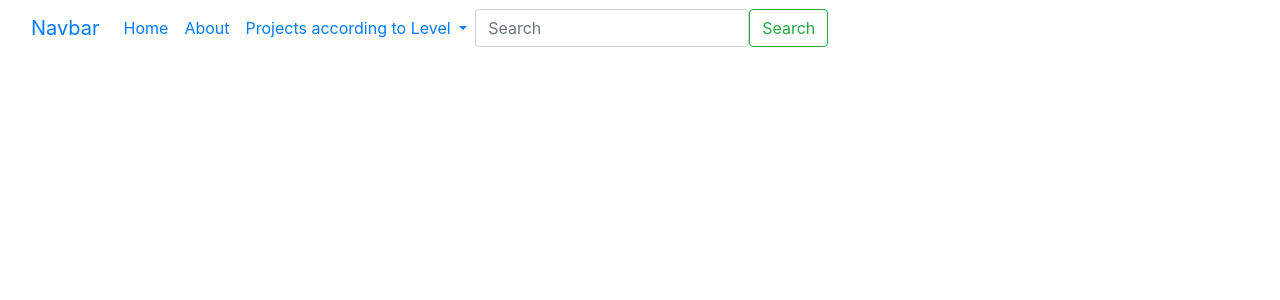
Repository: VictoriousMango/100-Python-Project
Page: index.html
These files come from the project's save history. The page is drawn as it stood at one moment and after the next save; the edit follows.
The browser window is 1280 px wide. The pictures show the whole page.
Some web libraries are served in a nearby version.

Above is the page before, as saved 2024-05-18 00:54:53.

### index.html
<!doctype html>
<html lang="en">
  <head>
    <!-- Required meta tags -->
    <meta charset="utf-8">
    <meta name="viewport" content="width=device-width, initial-scale=1, shrink-to-fit=no">

    <!-- Bootstrap CSS -->
    <link rel="stylesheet" href="https://cdn.jsdelivr.net/npm/bootstrap@4.0.0/dist/css/bootstrap.min.css" integrity="sha384-Gn5384xqQ1aoWXA+058RXPxPg6fy4IWvTNh0E263XmFcJlSAwiGgFAW/dAiS6JXm" crossorigin="anonymous">
    <!-- Bootstrap JS -->
    <script src="https://cdn.jsdelivr.net/npm/@popperjs/core@2.11.8/dist/umd/popper.min.js" integrity="sha384-I7E8VVD/ismYTF4hNIPjVp/Zjvgyol6VFvRkX/vR+Vc4jQkC+hVqc2pM8ODewa9r" crossorigin="anonymous"></script>
    <script src="https://cdn.jsdelivr.net/npm/bootstrap@5.3.3/dist/js/bootstrap.min.js" integrity="sha384-0pUGZvbkm6XF6gxjEnlmuGrJXVbNuzT9qBBavbLwCsOGabYfZo0T0to5eqruptLy" crossorigin="anonymous"></script>
    <title>100 Python Project</title>
  </head>
  <body>
    <nav class="navbar navbar-expand-lg bg-body-tertiary">
      <div class="container-fluid">
        <a class="navbar-brand" href="#">Navbar</a>
        <button class="navbar-toggler" type="button" data-bs-toggle="collapse" data-bs-target="#navbarSupportedContent" aria-controls="navbarSupportedContent" aria-expanded="false" aria-label="Toggle navigation">
          <span class="navbar-toggler-icon"></span>
        </button>
        <div class="collapse navbar-collapse" id="navbarSupportedContent">
          <ul class="navbar-nav me-auto mb-2 mb-lg-0">
            <li class="nav-item">
              <a class="nav-link active" aria-current="page" href="#">Home</a>
            </li>
            <li class="nav-item">
              <a class="nav-link" href="#">About</a>
            </li>
            <li class="nav-item dropdown">
              <a class="nav-link dropdown-toggle" href="#" role="button" data-bs-toggle="dropdown" aria-expanded="true ">
                Projects according to Level
              </a>
              <ul class="dropdown-menu">
                <li><a class="dropdown-item" href="#">Beginner</a></li>
                <li><a class="dropdown-item" href="#">Intermediate</a></li>
                <li><a class="dropdown-item" href="#">Advanced</a></li>
                <li><a class="dropdown-item" href="#">Professional</a></li>
              </ul>
            </li>
          </ul>
          <form class="d-flex" role="search">
            <input class="form-control me-2" type="search" placeholder="Search" aria-label="Search">
            <button class="btn btn-outline-success" type="submit">Search</button>
          </form>
        </div>
      </div>
    </nav>

    <!-- Optional JavaScript -->
    <!-- jQuery first, then Popper.js, then Bootstrap JS -->
    <script src="https://code.jquery.com/jquery-3.2.1.slim.min.js" integrity="sha384-KJ3o2DKtIkvYIK3UENzmM7KCkRr/rE9/Qpg6aAZGJwFDMVNA/GpGFF93hXpG5KkN" crossorigin="anonymous"></script>
    <script src="https://cdn.jsdelivr.net/npm/popper.js@1.12.9/dist/umd/popper.min.js" integrity="sha384-ApNbgh9B+Y1QKtv3Rn7W3mgPxhU9K/ScQsAP7hUibX39j7fakFPskvXusvfa0b4Q" crossorigin="anonymous"></script>
    <script src="https://cdn.jsdelivr.net/npm/bootstrap@4.0.0/dist/js/bootstrap.min.js" integrity="sha384-JZR6Spejh4U02d8jOt6vLEHfe/JQGiRRSQQxSfFWpi1MquVdAyjUar5+76PVCmYl" crossorigin="anonymous"></script>
  </body>
</html>

After the next save:
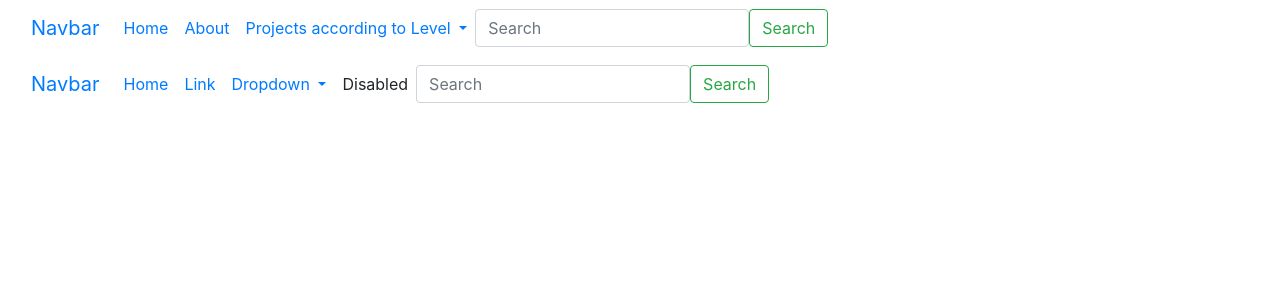
Saved 16 s later.
--- a/index.html
+++ b/index.html
@@ -47,6 +47,42 @@
       </div>
     </nav>
 
+    <nav class="navbar navbar-expand-lg bg-body-tertiary">
+      <div class="container-fluid">
+        <a class="navbar-brand" href="#">Navbar</a>
+        <button class="navbar-toggler" type="button" data-bs-toggle="collapse" data-bs-target="#navbarSupportedContent" aria-controls="navbarSupportedContent" aria-expanded="false" aria-label="Toggle navigation">
+          <span class="navbar-toggler-icon"></span>
+        </button>
+        <div class="collapse navbar-collapse" id="navbarSupportedContent">
+          <ul class="navbar-nav me-auto mb-2 mb-lg-0">
+            <li class="nav-item">
+              <a class="nav-link active" aria-current="page" href="#">Home</a>
+            </li>
+            <li class="nav-item">
+              <a class="nav-link" href="#">Link</a>
+            </li>
+            <li class="nav-item dropdown">
+              <a class="nav-link dropdown-toggle" href="#" role="button" data-bs-toggle="dropdown" aria-expanded="false">
+                Dropdown
+              </a>
+              <ul class="dropdown-menu">
+                <li><a class="dropdown-item" href="#">Action</a></li>
+                <li><a class="dropdown-item" href="#">Another action</a></li>
+                <li><hr class="dropdown-divider"></li>
+                <li><a class="dropdown-item" href="#">Something else here</a></li>
+              </ul>
+            </li>
+            <li class="nav-item">
+              <a class="nav-link disabled" aria-disabled="true">Disabled</a>
+            </li>
+          </ul>
+          <form class="d-flex" role="search">
+            <input class="form-control me-2" type="search" placeholder="Search" aria-label="Search">
+            <button class="btn btn-outline-success" type="submit">Search</button>
+          </form>
+        </div>
+      </div>
+    </nav>
     <!-- Optional JavaScript -->
     <!-- jQuery first, then Popper.js, then Bootstrap JS -->
     <script src="https://code.jquery.com/jquery-3.2.1.slim.min.js" integrity="sha384-KJ3o2DKtIkvYIK3UENzmM7KCkRr/rE9/Qpg6aAZGJwFDMVNA/GpGFF93hXpG5KkN" crossorigin="anonymous"></script>

After the save that followed:
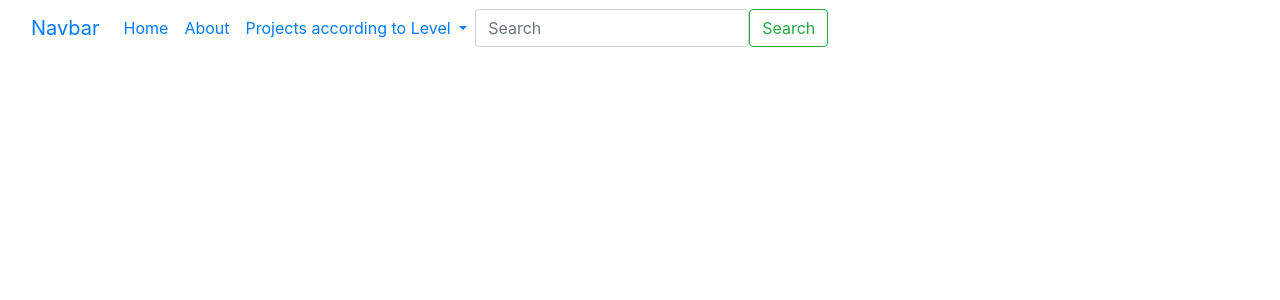
Saved 13 s later.
--- a/index.html
+++ b/index.html
@@ -47,42 +47,7 @@
       </div>
     </nav>
 
-    <nav class="navbar navbar-expand-lg bg-body-tertiary">
-      <div class="container-fluid">
-        <a class="navbar-brand" href="#">Navbar</a>
-        <button class="navbar-toggler" type="button" data-bs-toggle="collapse" data-bs-target="#navbarSupportedContent" aria-controls="navbarSupportedContent" aria-expanded="false" aria-label="Toggle navigation">
-          <span class="navbar-toggler-icon"></span>
-        </button>
-        <div class="collapse navbar-collapse" id="navbarSupportedContent">
-          <ul class="navbar-nav me-auto mb-2 mb-lg-0">
-            <li class="nav-item">
-              <a class="nav-link active" aria-current="page" href="#">Home</a>
-            </li>
-            <li class="nav-item">
-              <a class="nav-link" href="#">Link</a>
-            </li>
-            <li class="nav-item dropdown">
-              <a class="nav-link dropdown-toggle" href="#" role="button" data-bs-toggle="dropdown" aria-expanded="false">
-                Dropdown
-              </a>
-              <ul class="dropdown-menu">
-                <li><a class="dropdown-item" href="#">Action</a></li>
-                <li><a class="dropdown-item" href="#">Another action</a></li>
-                <li><hr class="dropdown-divider"></li>
-                <li><a class="dropdown-item" href="#">Something else here</a></li>
-              </ul>
-            </li>
-            <li class="nav-item">
-              <a class="nav-link disabled" aria-disabled="true">Disabled</a>
-            </li>
-          </ul>
-          <form class="d-flex" role="search">
-            <input class="form-control me-2" type="search" placeholder="Search" aria-label="Search">
-            <button class="btn btn-outline-success" type="submit">Search</button>
-          </form>
-        </div>
-      </div>
-    </nav>
+
     <!-- Optional JavaScript -->
     <!-- jQuery first, then Popper.js, then Bootstrap JS -->
     <script src="https://code.jquery.com/jquery-3.2.1.slim.min.js" integrity="sha384-KJ3o2DKtIkvYIK3UENzmM7KCkRr/rE9/Qpg6aAZGJwFDMVNA/GpGFF93hXpG5KkN" crossorigin="anonymous"></script>
